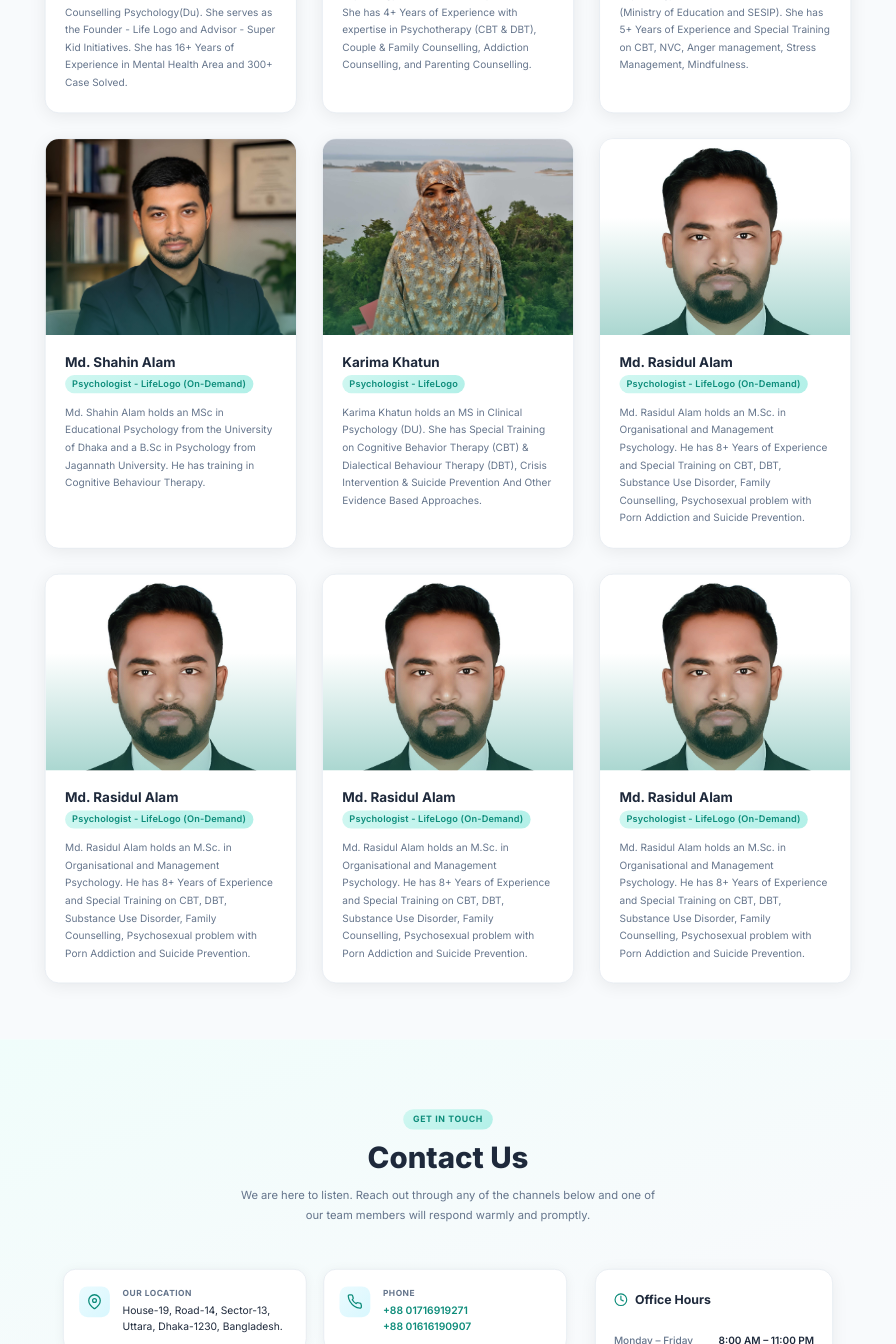
Repository: Tan47s/Lifelogo
Page: /
These files come from the project's save history. The page is drawn as it stood at one moment and after the next save; the edit follows.
The browser window is 1280 px wide. The pictures show the part of the page from y = 2964 to 4884 px (the page is 5584 px tall), at 70% of full size.
The project was rebuilt for these pictures with package versions that can differ from the ones it lists, and the page was loaded fresh each time. Also part of the build but not shown: vite.config.js.

Above is the page before, as saved 2026-08-22 10:58:27.

After the next save:
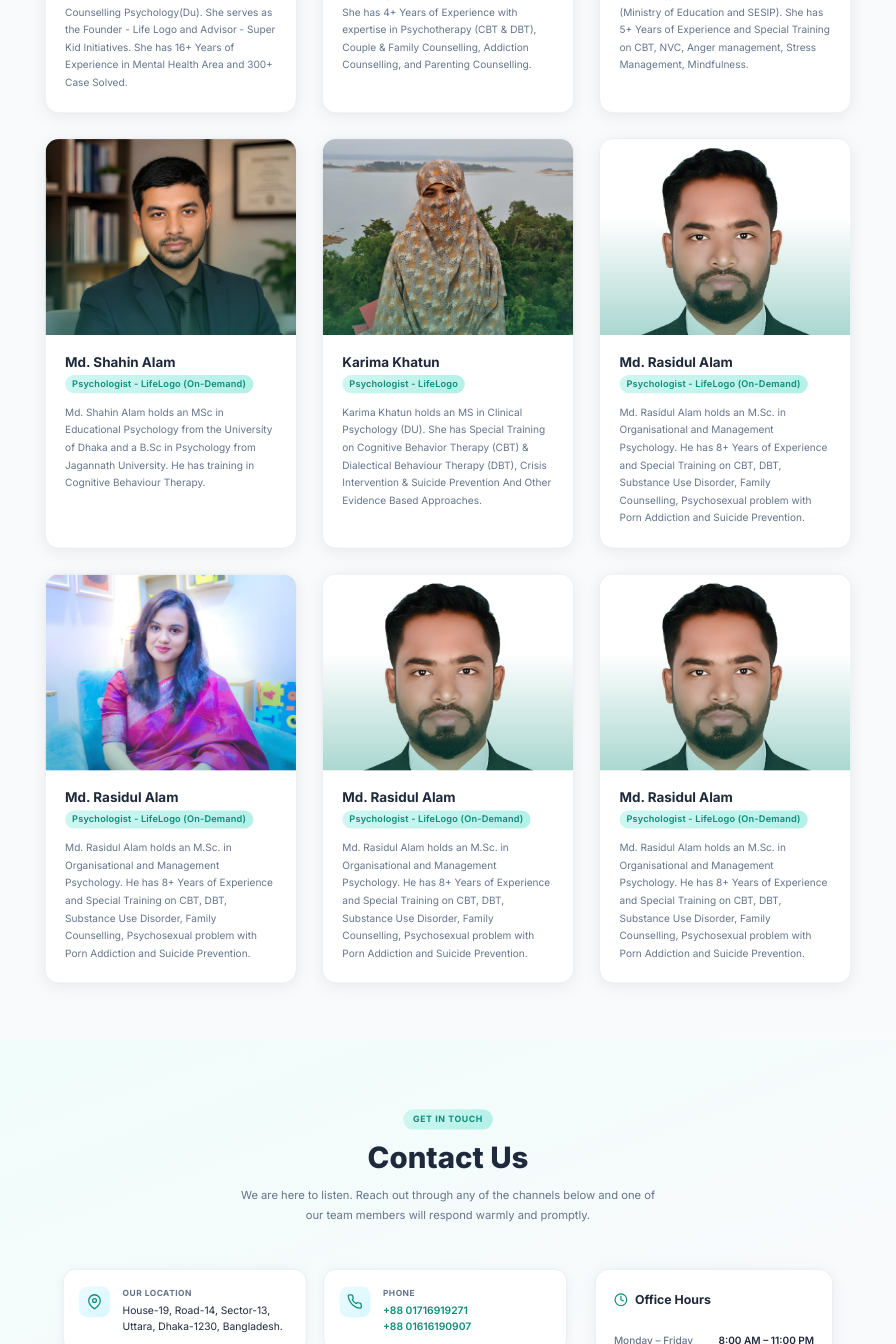
Saved 7 s later.
--- a/src/comp/Counsellors.jsx
+++ b/src/comp/Counsellors.jsx
@@ -46,7 +46,7 @@ const counsellors = [
     bio: 'Md. Rasidul Alam holds an M.Sc. in Organisational and Management Psychology. He has 8+ Years of Experience and Special Training on CBT, DBT, Substance Use Disorder, Family Counselling, Psychosexual problem with Porn Addiction and Suicide Prevention.',
   },
     {
-    img: c6,
+    img: c7,
     name: 'Md. Rasidul Alam',
     role: 'Psychologist - LifeLogo (On-Demand)',
     bio: 'Md. Rasidul Alam holds an M.Sc. in Organisational and Management Psychology. He has 8+ Years of Experience and Special Training on CBT, DBT, Substance Use Disorder, Family Counselling, Psychosexual problem with Porn Addiction and Suicide Prevention.',
